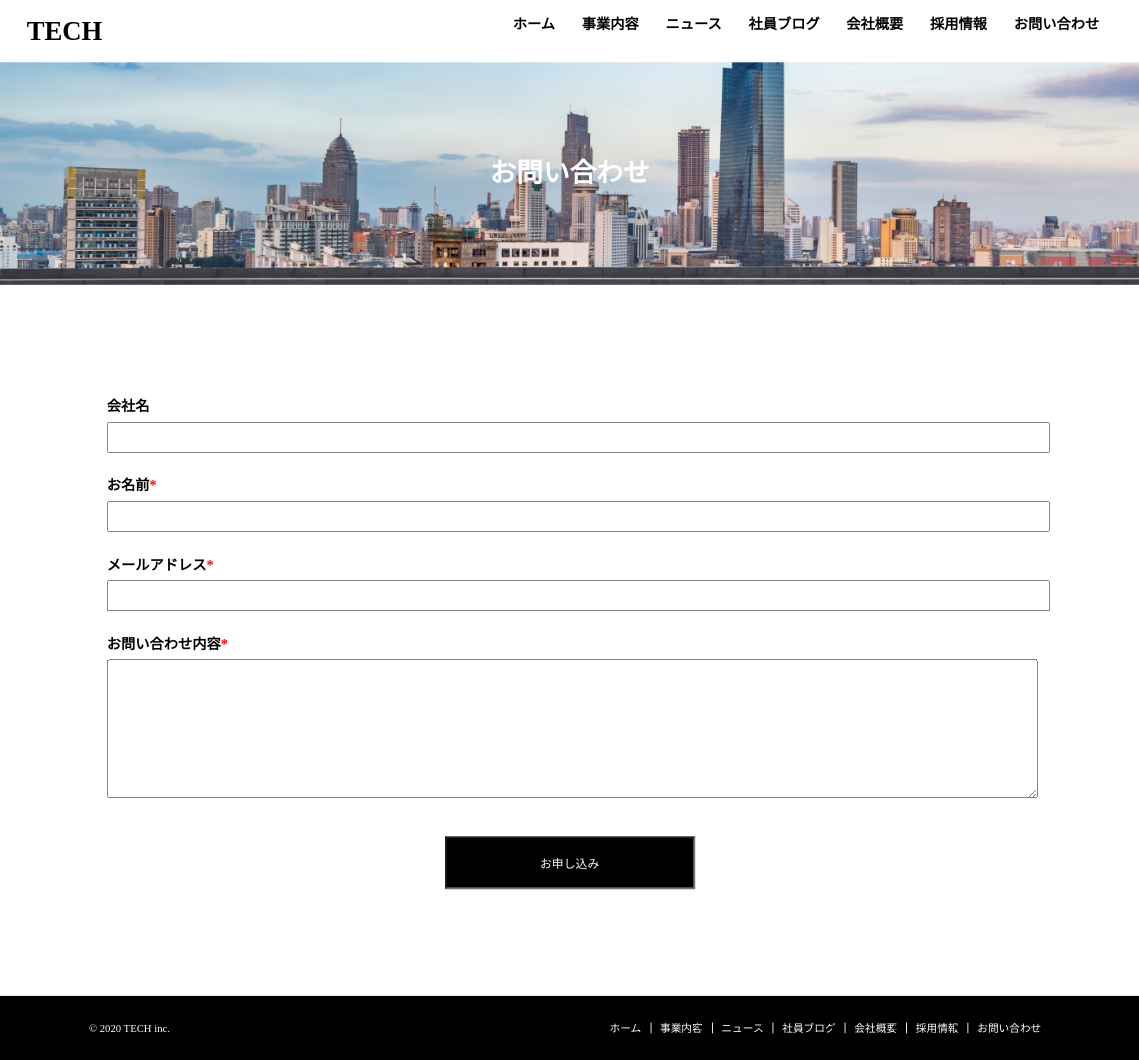
Repository: masanarimiura/20220516_miura
Page: contact.html
The author's editor kept a copy of each file at every save. The page is drawn from the files as they stood at one save, then again after a run of saves.
The browser window is 1280 px wide. The pictures show the whole page, at 89% of full size.

Above is the page before, as saved 2022-05-14 01:16:25.

After the next 4 saves:
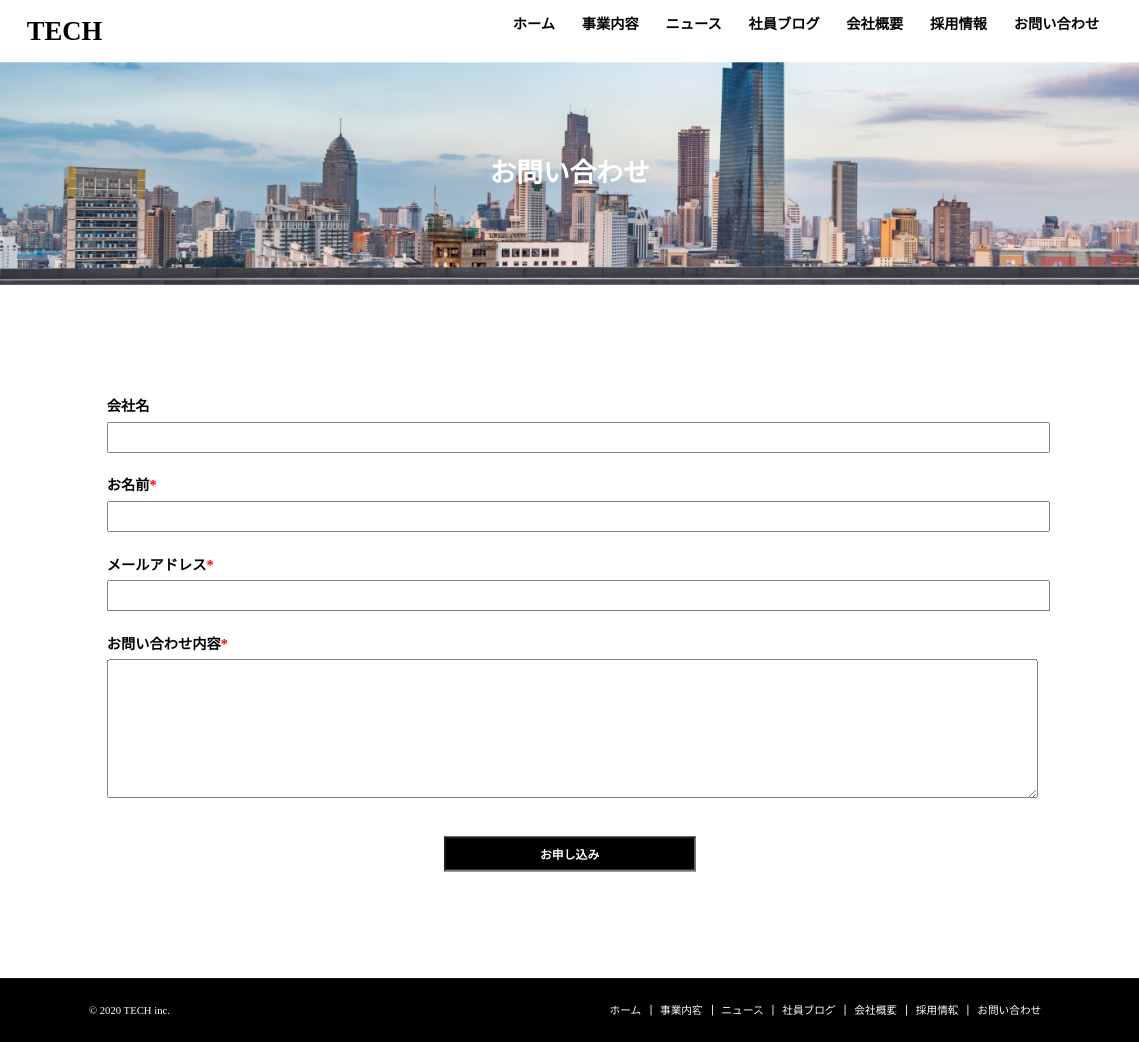
The 4 saves are shown as one change because they came seconds apart.
The last was saved 22 s later.
--- a/css/contact.css
+++ b/css/contact.css
@@ -84,9 +84,10 @@ p {
   display: flex;
   justify-content: center;
   text-align: center;
-  padding: 20px 50px;
+  padding: 10px 50px;
   background: #000;
   color: #fff;
+  font-weight: bold;
 }
 
 .contact {
